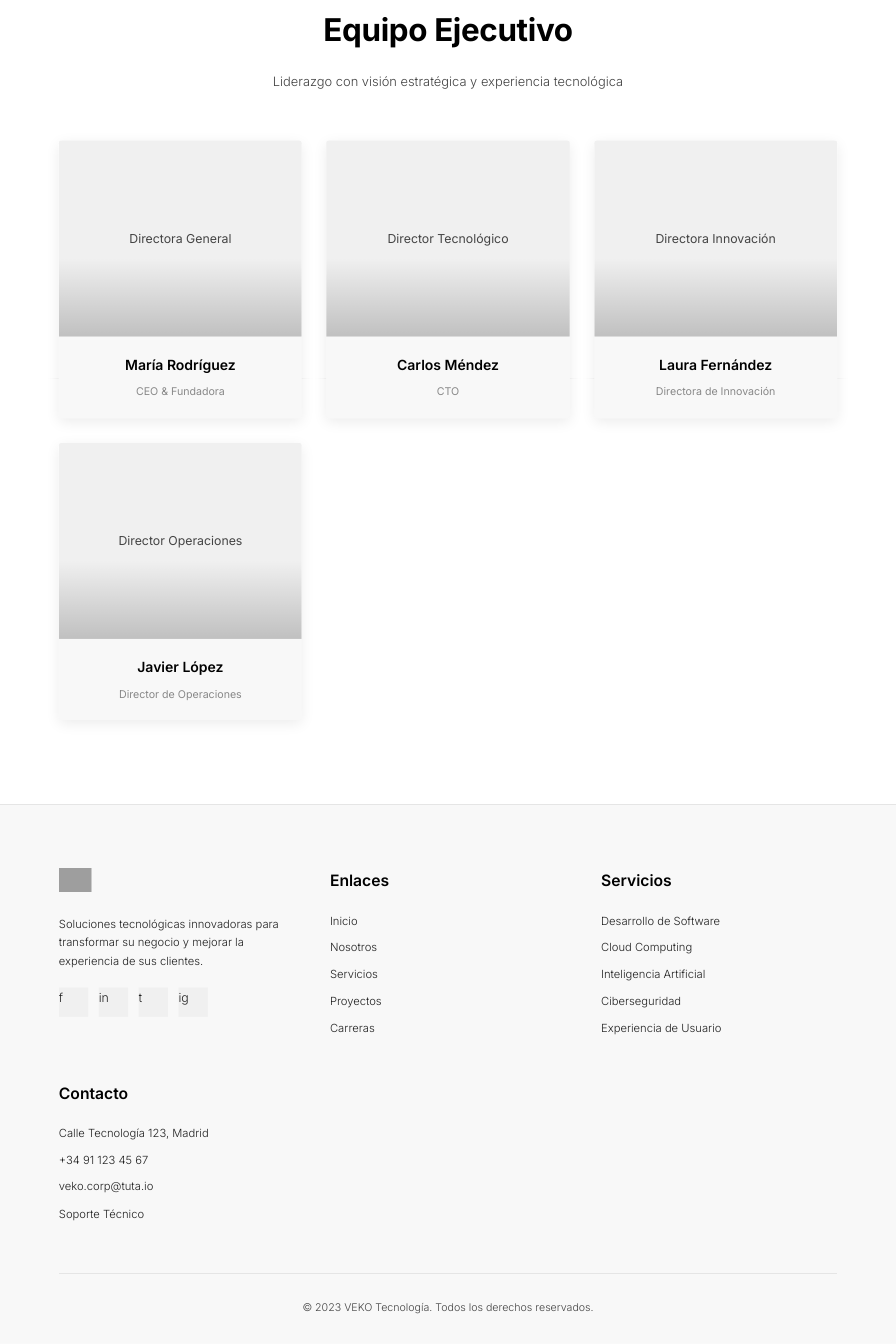
Repository: VEKO-Corp/veko-web
Page: index.html
An editor plug-in stored every save of this project. The page is shown before and after a run of saves, followed by the edit.
The browser window is 1280 px wide. The pictures show the part of the page from y = 2974 to 4894 px (the page is 4894 px tall before and 4856 px after), at 70% of full size.
Pictures or frames that could not be fetched are drawn as grey boxes.

Above is the page before, as saved 2025-08-11 20:27:59.

After the next 2 saves:
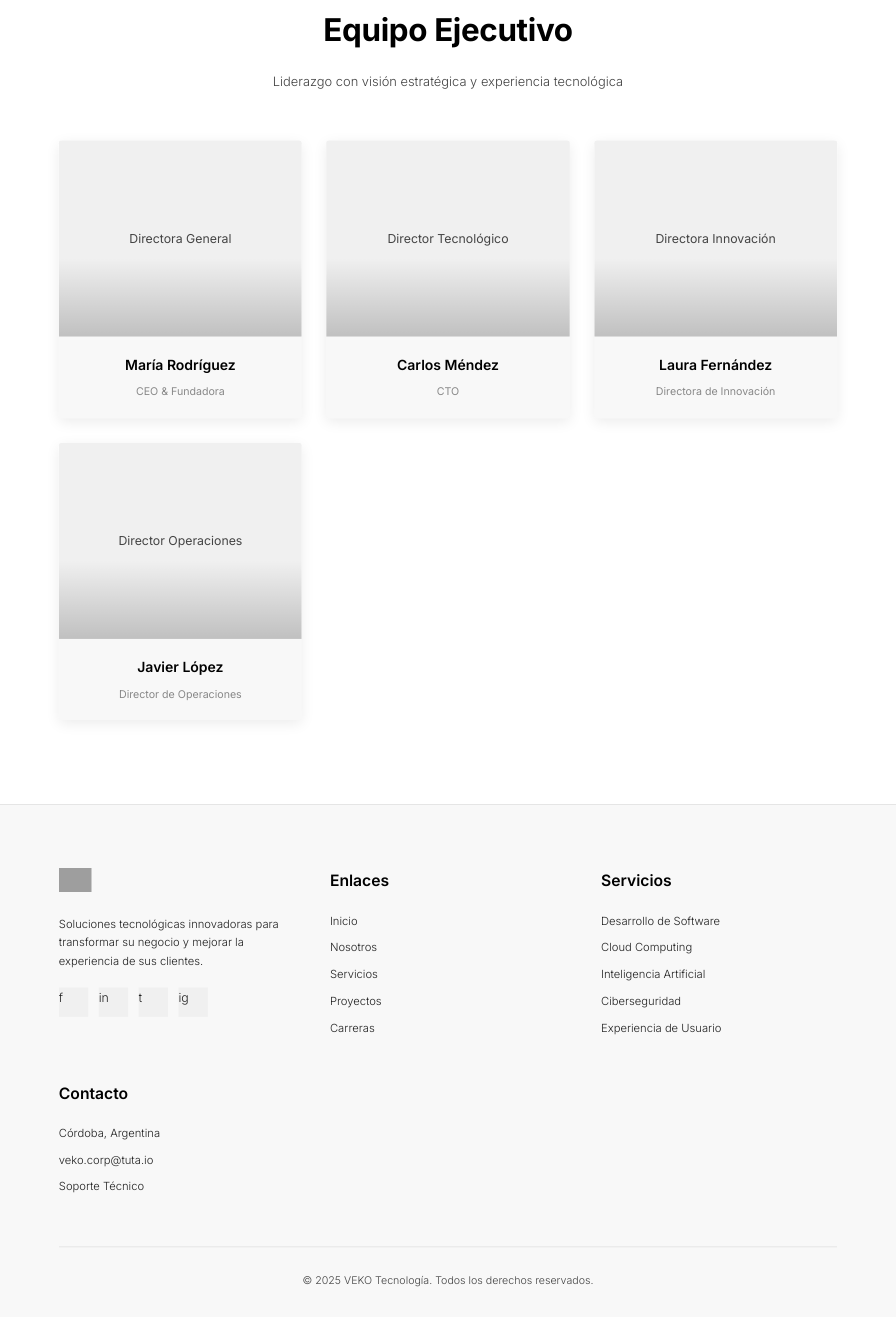
The 2 saves are shown as one change because they came seconds apart.
The last was saved 14 s later.
--- a/index.html
+++ b/index.html
@@ -196,15 +196,14 @@
 
                 <div class="footer-column fade-in delay-3">
                     <h3>Contacto</h3>
-                    <p>Calle Tecnología 123, Madrid</p>
-                    <p>+34 91 123 45 67</p>
+                    <p>Córdoba, Argentina</p>
                     <p>veko.corp@tuta.io</p>
                     <a href="soporte.html">Soporte Técnico</a>
                 </div>
             </div>
 
             <div class="footer-bottom fade-in delay-4">
-                <p>&copy; 2023 VEKO Tecnología. Todos los derechos reservados.</p>
+                <p>&copy; 2025 VEKO Tecnología. Todos los derechos reservados.</p>
             </div>
         </div>
     </footer>
